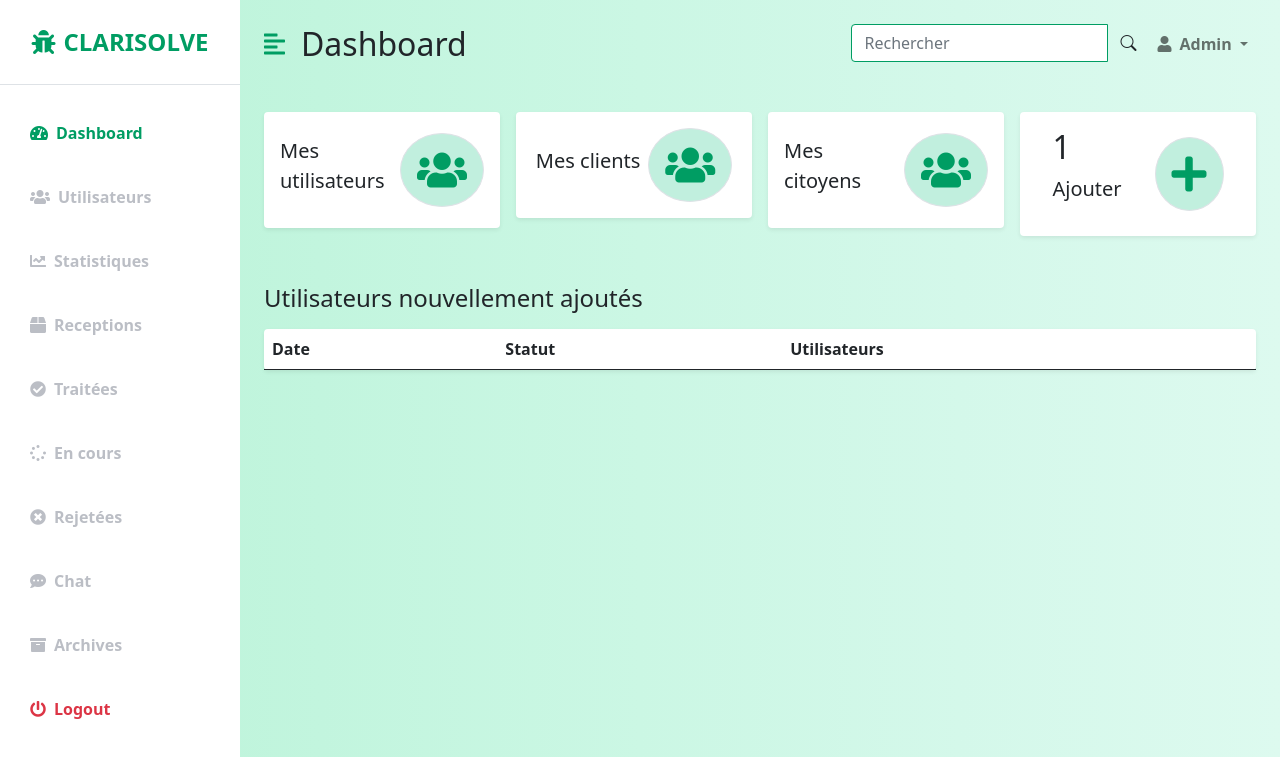
Repository: Senare1/PlaintEasy
Page: accounts/templates/accounts/users.html
The author's editor kept a copy of each file at every save. The page is drawn from the files as they stood at one save, then again after the next save.
The browser window is 1280 px wide. The pictures show the whole page.
The template is drawn by Django 4.2. The application's start-up code is not run. The template is opened directly, without the code that normally fills it, so the values that code supplies are empty.

Above is the page before, as saved 2024-07-31 06:55:28.

After the next save:
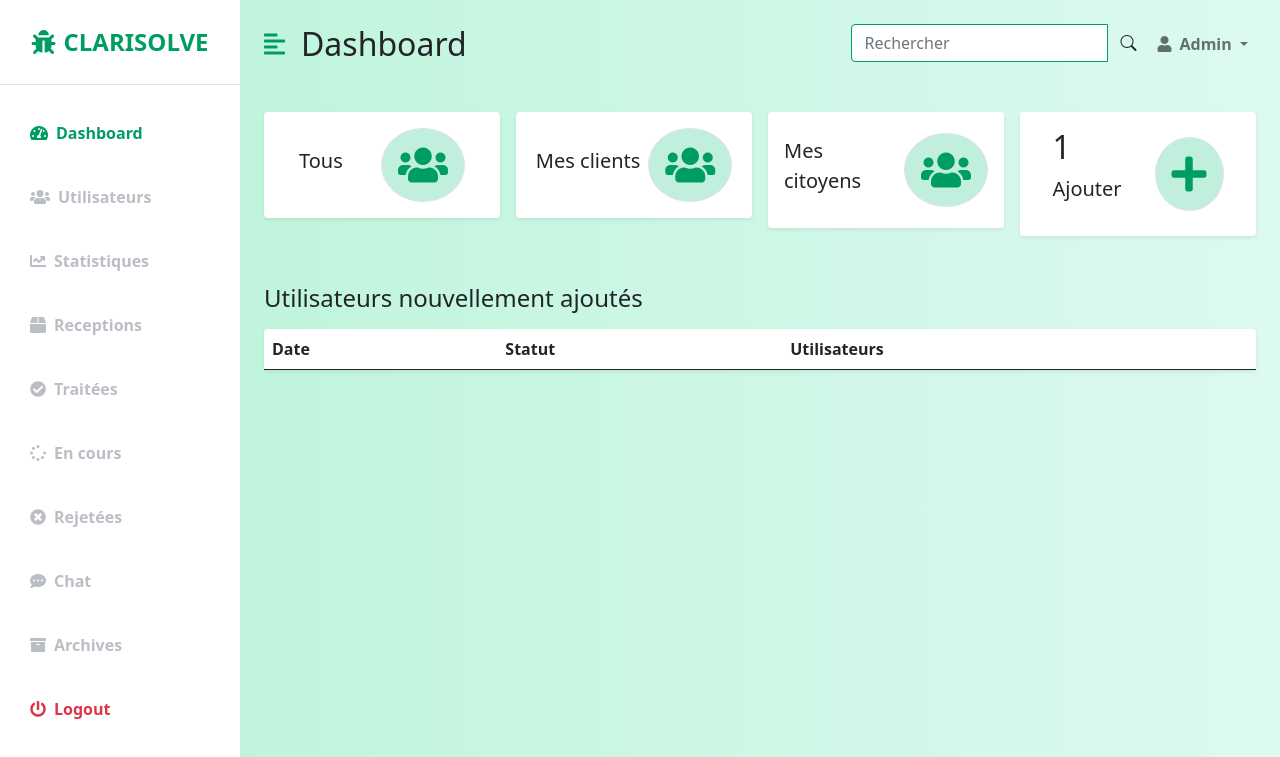
Saved 33 s later.
--- a/accounts/templates/accounts/users.html
+++ b/accounts/templates/accounts/users.html
@@ -12,7 +12,7 @@
                 <div class="p-3 bg-white shadow-sm d-flex justify-content-around align-items-center rounded">
                     <div>
                         <h3 class="fs-2">{{ nb_total }}</h3>
-                        <p class="fs-5">Mes utilisateurs</p>
+                        <p class="fs-5">Tous</p>
                     </div>
                     <i class="fas fa-users fs-1 primary-text border rounded-full secondary-bg p-3"></i>
                 </div>
